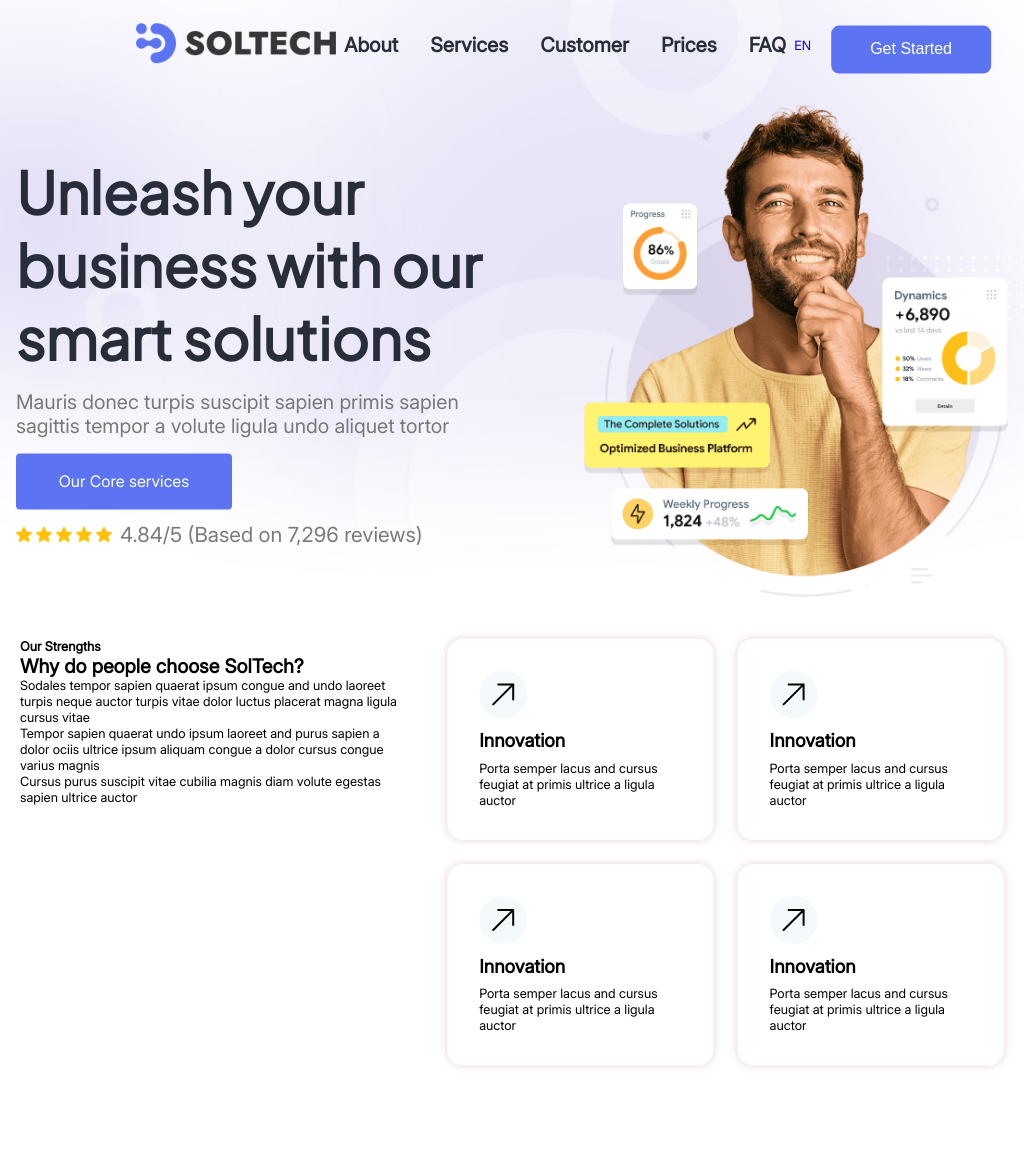
Repository: md-rabbi-hossain/Soltech-html
Page: index.html
These files come from the project's save history. The page is drawn as it stood at one moment and after the next save; the edit follows.
The browser window is 1280 px wide. The pictures show the whole page, at 80% of full size.

Above is the page before, as saved 2025-01-10 02:14:43.

### index.html
<!DOCTYPE html>
<html lang="en">
  <head>
    <meta charset="UTF-8" />
    <meta name="viewport" content="width=device-width, initial-scale=1.0" />
    <link rel="stylesheet" href="Css/style.css" />
    <title>Soltech</title>
  </head>
  <body>
    <header class="main-container">
      <div class="Hero-parents-container">
        <nav>
          <div class="logo">
            <img src="image/logo-1.png" alt="Logo" />
          </div>
          <ul class="menu">
            <li class="dropdown">
              <a href="#">About</a>
              <ul class="dropdown-menu">
                <li><a href="#">Our Team</a></li>
                <li><a href="#">Our Mission</a></li>
                <li><a href="#">History</a></li>
              </ul>
            </li>
            <li><a href="#">Services</a></li>
            <li><a href="#">Customer</a></li>
            <li><a href="#">Prices</a></li>
            <li><a href="#">FAQ</a></li>
          </ul>
          <div class="actions">
            <div class="dropdown">
              <li><a href="#">EN</a></li>
              <ul class="dropdown-menu">
                <li><a href="#">English</a></li>
                <li><a href="#">Spanish</a></li>
              </ul>
            </div>
            <button class="get-started">Get Started</button>
          </div>
        </nav>
        <!-- Navbar end here  -->
        <!-- hero start here  -->
        <div class="hero-parents container">
          <div class="left-side">
            <div class="content">
              <h1>Unleash your business with our smart solutions</h1>
              <p>
                Mauris donec turpis suscipit sapien primis sapien sagittis
                tempor a volute ligula undo aliquet tortor
              </p>
              <div>
                <button>Our Core services</button>
              </div>
              <div class="text">
                <div class="icon">
                  <img src="image/star.png" alt="" />
                  <img src="image/star.png" alt="" />
                  <img src="image/star.png" alt="" />
                  <img src="image/star.png" alt="" />
                  <img src="image/star.png" alt="" />
                </div>
                <p>4.84/5 (Based on 7,296 reviews)</p>
              </div>
            </div>
          </div>
          <div class="right">
            <img src="/image/hero-right.png" alt="" />
          </div>
        </div>
      </div>
    </header>
    <section class="main-container cta-section">
      <div class="container">
        <div class="introduction-parent">
          <div class="introduction-text">
            <h4>Our Strengths</h4>
            <h2>Why do people choose SolTech?</h2>
            <p>
              Sodales tempor sapien quaerat ipsum congue and undo laoreet turpis
              neque auctor turpis vitae dolor luctus placerat magna ligula
              cursus vitae
            </p>
            <ul>
              <li>
                Tempor sapien quaerat undo ipsum laoreet and purus sapien a
                dolor ociis ultrice ipsum aliquam congue a dolor cursus congue
                varius magnis
              </li>
              <li>
                Cursus purus suscipit vitae cubilia magnis diam volute egestas
                sapien ultrice auctor
              </li>
            </ul>
          </div>
          <div class="box-parent">
            <div class="box">
              <div class="box-inner">
                <svg
                  xmlns="http://www.w3.org/2000/svg"
                  fill="none"
                  viewBox="0 0 24 24"
                  stroke-width="1.5"
                  stroke="currentColor"
                  class="size-6"
                >
                  <path
                    stroke-linecap="round"
                    stroke-linejoin="round"
                    d="m4.5 19.5 15-15m0 0H8.25m11.25 0v11.25"
                  />
                </svg>
                <h3>Innovation</h3>
                <p>
                  Porta semper lacus and cursus feugiat at primis ultrice a
                  ligula auctor
                </p>
              </div>
            </div>
            <div class="box">
              <div class="box-inner">
                <svg
                  xmlns="http://www.w3.org/2000/svg"
                  fill="none"
                  viewBox="0 0 24 24"
                  stroke-width="1.5"
                  stroke="currentColor"
                  class="size-6"
                >
                  <path
                    stroke-linecap="round"
                    stroke-linejoin="round"
                    d="m4.5 19.5 15-15m0 0H8.25m11.25 0v11.25"
                  />
                </svg>
                <h3>Innovation</h3>
                <p>
                  Porta semper lacus and cursus feugiat at primis ultrice a
                  ligula auctor
                </p>
              </div>
            </div>
            <div class="box">
              <div class="box-inner">
                <svg
                  xmlns="http://www.w3.org/2000/svg"
                  fill="none"
                  viewBox="0 0 24 24"
                  stroke-width="1.5"
                  stroke="currentColor"
                  class="size-6"
                >
                  <path
                    stroke-linecap="round"
                    stroke-linejoin="round"
                    d="m4.5 19.5 15-15m0 0H8.25m11.25 0v11.25"
                  />
                </svg>
                <h3>Innovation</h3>
                <p>
                  Porta semper lacus and cursus feugiat at primis ultrice a
                  ligula auctor
                </p>
              </div>
            </div>
            <div class="box">
              <div class="box-inner">
                <svg
                  xmlns="http://www.w3.org/2000/svg"
                  fill="none"
                  viewBox="0 0 24 24"
                  stroke-width="1.5"
                  stroke="currentColor"
                  class="size-6"
                >
                  <path
                    stroke-linecap="round"
                    stroke-linejoin="round"
                    d="m4.5 19.5 15-15m0 0H8.25m11.25 0v11.25"
                  />
                </svg>
                <h3>Innovation</h3>
                <p>
                  Porta semper lacus and cursus feugiat at primis ultrice a
                  ligula auctor
                </p>
              </div>
            </div>
          </div>
        </div>
      </div>
    </section>
    <script src="/Js/Script.js"></script>
  </body>
</html>

### Css/style.css
* {
  margin: 0;
  padding: 0;
  box-sizing: border-box;
}
html {
  scroll-behavior: smooth;
}
@font-face {
  font-family: Inter;
  src: url("/Font/Inter_24pt-Regular.ttf") format("woff2");
  src: url("/Font/Inter_24pt-Regular.ttf") format("woff");
  src: url("/Font/Inter_24pt-Regular.ttf") format("truetype");
  font-weight: normal;
  font-style: normal;
}
@font-face {
  font-family: Jakarta;
  src: url("/Font/PlusJakartaSans-Regular.ttf") format("woff2");
  src: url("/Font/PlusJakartaSans-Regular.ttf") format("woff");
  src: url("/Font/PlusJakartaSans-Regular.ttf") format("truetype");
  font-weight: normal;
  font-style: normal;
}
body {
  font-family: Inter;
}
li {
  list-style: none;
}
li a {
  text-decoration: none;
}
.main-container {
  max-width: 100%;
}

.container {
  max-width: 1400px;
  display: block;
  margin: 0 auto;
  padding: 25px;
}
h1 h2 h3 h5 h5 {
  font-family: Jakarta;
}
nav {
  display: flex;
  justify-content: space-between;
  align-items: center;
  padding-left: 170px;
  padding-right: 150px;
  padding-top: 20px;
  padding-bottom: 20px;
  position: relative;
  transition: all 0.3s ease;
  z-index: 1000;
}
nav.sticky {
  background-color: rgba(253, 253, 254, 0.8);
  position: sticky;
  top: 0;
  padding-bottom: 20px;
  box-shadow: 0 4px 6px rgba(0, 0, 0, 0.1);
}
.logo img {
  max-height: 50px;
}
.menu {
  display: flex;
  list-style: none;
  gap: 20px;
}
.menu li {
  position: relative;
}
.menu a {
  text-decoration: none;
  font-size: 25px;
  color: #282d3a;
  font-weight: bold;
  padding: 5px 10px;
}
/* Dropdown Styles */
.dropdown:hover .dropdown-menu {
  display: block;
}
.dropdown-menu {
  display: none;
  position: absolute;
  background: #fff;
  box-shadow: 0 4px 6px rgba(0, 0, 0, 0.1);
  border-radius: 5px;
  margin-top: 10px;
  list-style: none;
  padding: 10px 0;
}
.dropdown-menu li {
  padding: 5px 20px;
}
.dropdown-menu li a {
  color: #282d3a;
}
.dropdown-menu li:hover {
  background: #f1f1f1;
}
.actions {
  display: flex;
  align-items: center;
  gap: 20px;
}
.get-started {
  background: #5d74f2;
  color: #fff;
  font-size: 20px;
  line-height: 28px;
  padding: 6px 22px 8px;
  margin: 12px 5px 0;
  border: none;
  border-radius: 10px;
  width: 200px;
  height: 60px;
  cursor: pointer;
  transition: 0.5s;
}
.get-started:hover {
  background: #f2f0fb;
  border: 1px solid black;
  color: #585f6e;
}

/*  Hero Section Styles Here */
.Hero-parents-container {
  max-width: 100%;
  height: 100vh;
  background-image: url("/image/hero-1.jpg");
  background-size: cover;
  background-repeat: no-repeat;
}
.hero-parents {
  display: flex;
  justify-content: space-between;
  align-items: center;
  gap: 20px;
  padding: 20px;
}

.left-side {
  flex: 1;
}
.left-side h1 {
  font-size: 4.5rem;
  color: #282d3a;
  margin-bottom: 20px;
  font-family: Jakarta;
}
.left-side p {
  font-size: 25px;
  width: 560px;
  color: #5a5a5a; /* Subtle color for the paragraph text */
  margin-bottom: 20px;
  opacity: 0.8;
}

.left-side button {
  background: #5d74f2;
  color: white;
  font-size: 20px;
  padding: 10px 20px;
  border: none;
  border-radius: 5px;
  cursor: pointer;
  width: 270px;
  font-family: Inter;
  height: 70px;
}

.left-side button:hover {
  background: #4b62d8;
}
.icon img {
  width: 20px;
}

.text {
  display: flex;
  align-items: center;
  gap: 10px;
  padding-top: 15px;
}
.icon {
  display: flex;
  gap: 5px;
}

.icon img {
  width: 20px;
  height: 20px;
}

.text p {
  margin: 0;
  font-size: 26px;
}

/* Right Side */
.right {
  flex: 1;
  display: flex;
  justify-content: center;
  align-items: center;
}

.right img {
  max-width: 100%;
  height: auto;
  object-fit: contain;
}
section.main-container.cta-section {
  height: 100vh;
  display: flex;
  align-items: center;
}

.introduction-parent {
  display: flex;
  justify-content: space-between;
}

.introduction-text {
  width: 40%;
  margin-right: 50px;
}
.box-parent {
  display: flex;
  flex-wrap: wrap;
  width: 60%;
  margin-left: -15px;
  margin-right: -15px;
}
.box {
  width: 50%;
  padding-left: 15px;
  padding-right: 15px;
  padding-bottom: 30px;
}
.box-inner {
  box-shadow: 0 0 10px #99334d3b;
  padding: 40px;
  border-radius: 20px;
}
.box-inner h3 {
  font-size: 23px;
  margin-bottom: 10px;
}
.box-inner svg {
  width: 60px;
  height: 60px;
  background: #f4f9fc;
  padding: 10px;
  margin-bottom: 10px;
  border-radius: 50%;
}

### Js/Script.js
window.onscroll = function () {
  let navbar = document.querySelector("nav");
  if (window.pageYOffset > 0) {
    navbar.classList.add("sticky");
  } else {
    navbar.classList.remove("sticky");
  }
};

After the next save:
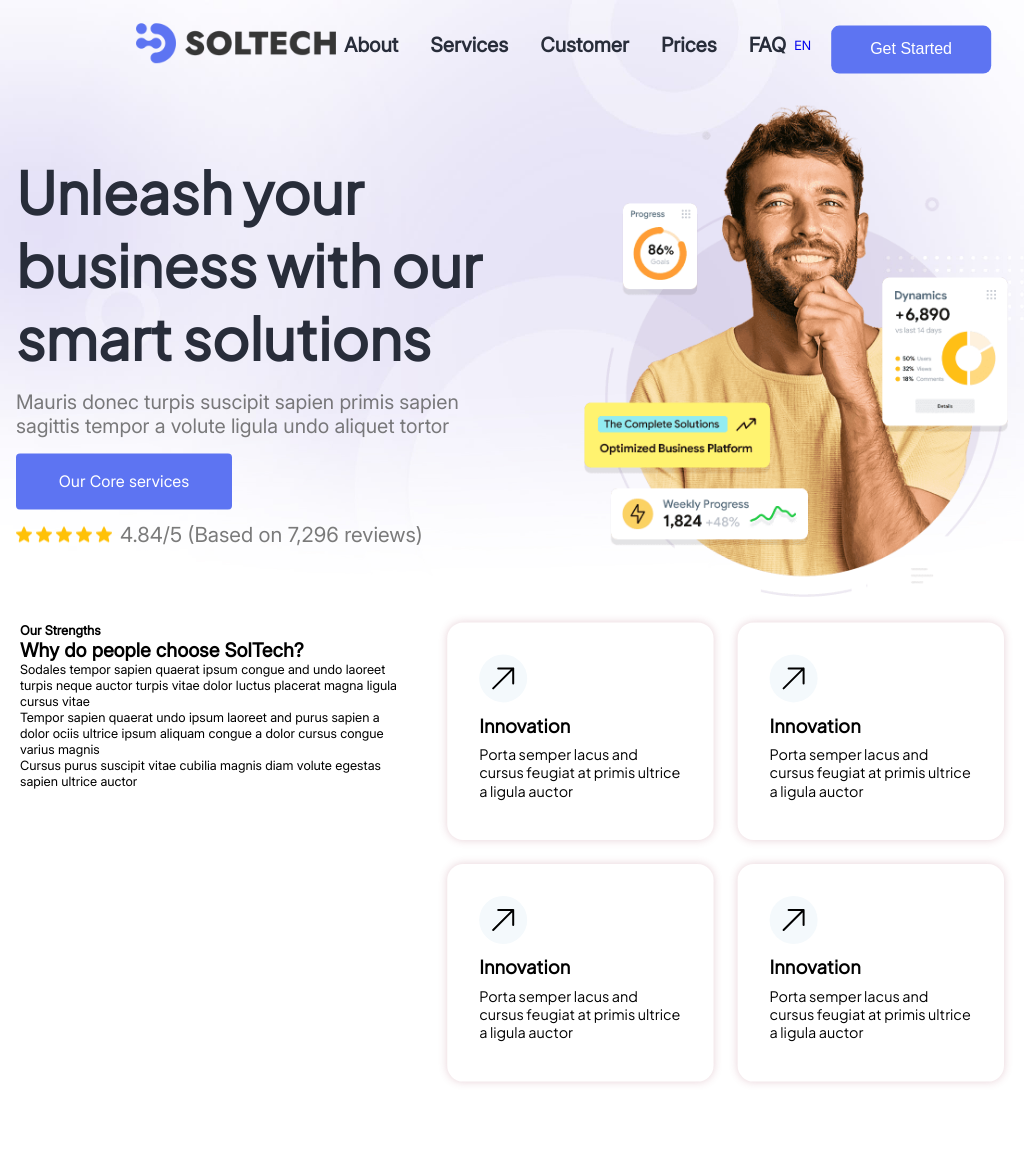
Saved 114 s later.
--- a/Css/style.css
+++ b/Css/style.css
@@ -250,7 +250,13 @@ section.main-container.cta-section {
   border-radius: 20px;
 }
 .box-inner h3 {
+  font-family: Jakarta;
   font-size: 23px;
+  margin-bottom: 10px;
+}
+.box-inner p {
+  font-family: Jakarta;
+  font-size: 18px;
   margin-bottom: 10px;
 }
 .box-inner svg {
